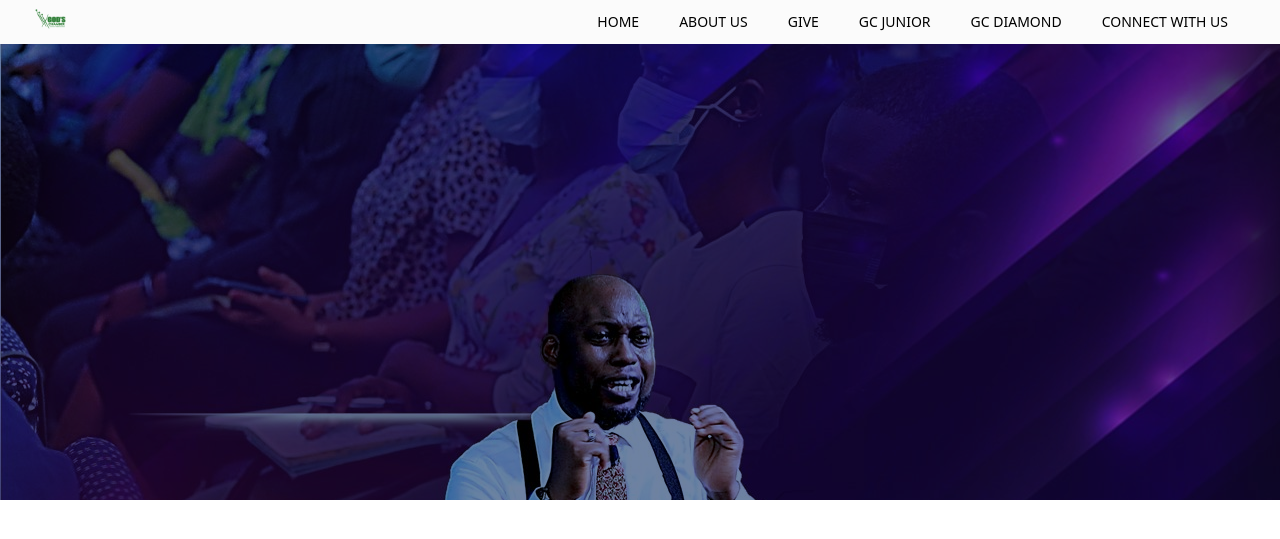
Repository: hisreal123/godschamber-church-main
Page: /
An editor plug-in stored every save of this project. The page is shown before and after the next save, followed by the edit.
The browser window is 1280 px wide. The pictures show the whole page.
The project was rebuilt for these pictures with package versions that can differ from the ones it lists, and the page was loaded fresh each time. The framework's server and built-in components were replaced by stand-ins that run in the browser. Also part of the build but not shown: next.config.js.

Above is the page before, as saved 2022-08-15 19:29:29.

### pages/index.tsx
import type { NextPage } from "next";
import Head from "next/head";
import Banner from "../components/Banner";
import Footer from "../components/Footer";

import Header from "../components/Header";

const Home: NextPage = () => {
  return (
    <div className="">
      <Head>
        <title>Create Next App</title>
        <meta name="description" content="Generated by create next app" />
        <link rel="icon" href="/favicon.ico" />
      </Head>

      <Header />
      <Banner />
    </div>
  );
};

export default Home;

### components/Banner.tsx
import React from "react";

const Banner = () => {
  return (
    <div className=" bg-[url('/assets/Banner.jpg')] bg-no-repeat bg-center  bg-gray-700 bg-cover min-w-screen relative h-[500px] bg-blend-overlay	bg-origin-border bg-scroll  hover:scale-105 transition-all duration-500"></div>
  );
};

export default Banner;

### components/Header.tsx
import React, { useState, useEffect } from "react";
import logo from "/public/assets/PageLogo.png";
import Nav from "./Navs";
import Image from "next/image";
import { BiMenu } from "react-icons/bi";
import HamBuger from "./HamBuger";

const Header = () => {
  const [toggle, setToggle] = useState(true);

  // function to handle toggle and set toggle to opposite of it
  const handleToggle = () => {
    setToggle(!toggle);
  };

  useEffect(() => {
    console.log(" Consoled !!!");
  }, []);

  //  variable style for CustomStyle from ListItems Component
  const LinkStyle =
    " w-full block py-3 px-0 hover:text-white hover:bg-[#0C4E12] pl-2 text-sm md:px-5 md:m-0 md:bg-[transparent]";

  return (
    <div className="z-10 fixed top-0 w-full bg-[#FBFBFB] md:flex justify-between md:items-center ">
      <div className="mobile bg-[#222222] md:bg-[#fbfbfb] relative flex items-center  px-3 justify-between w-full md:px-8   ">
        <a href="http://www.facebok.com" className="">
          <Image
            src={logo}
            alt=" Page logo"
            height="35"
            width="38"
            // layout=" fixed "
            objectFit="contain"
          />
        </a>



        <div className="md:hidden">
          <HamBuger handleClick={handleToggle} />
        </div>

        <div className="hidden md:flex md:items-center transition-all duration-500 ">
          <Nav url="www.fb.com " item="HOME" CustomStyle={LinkStyle} />
          <Nav url="www.fb.com " item="ABOUT US" CustomStyle={LinkStyle} />
          <Nav url="www.fb.com " item="GIVE" CustomStyle={LinkStyle} />
          <Nav url="www.fb.com " item="GC JUNIOR" CustomStyle={LinkStyle} />
          <Nav url="www.fb.com " item="GC DIAMOND" CustomStyle={LinkStyle} />
          <Nav
            url="www.fb.com "
            item="CONNECT WITH US "
            CustomStyle={LinkStyle}
          />
        </div>
      </div>

      {/* nav List */}
      {!toggle && (
        <div className="transition-all">
          <Nav url="www.fb.com " item="HOME" CustomStyle={LinkStyle} />
          <Nav url="www.fb.com " item="ABOUT US" CustomStyle={LinkStyle} />
          <Nav url="www.fb.com " item="GIVE" CustomStyle={LinkStyle} />
          <Nav url="www.fb.com " item="GC JUNIOR" CustomStyle={LinkStyle} />
          <Nav url="www.fb.com " item="GC DIAMOND" CustomStyle={LinkStyle} />
        </div>
      )}
    </div>
  );
};

export default Header;

### components/Navs.tsx
import React from "react";
import ListItems from "./ListItems";
import { NavProps } from "./NavProps";

const Nav = (props: NavProps) => {
  return (
    <nav className="">
      <ListItems
        url={props.url}
        item={props.item}
        CustomStyle={props.CustomStyle}
      />
    </nav>
  );
};

export default Nav;

// TODO: Passed the  Listitem into this Parent component and passed same to Header Component ,since we could reuse the ListItem component in the Footer also

### components/HamBuger.tsx
import React, { useState } from "react";

// TODO: Fix toggle from whatever

type HamBugerProps = {
  handleClick: () => {};
  toggle: string;
};
const HamBuger: React.FC<HamBugerProps> = ({ handleClick, toggle }) => {
  const [swap, setSwap] = useState(true);

  return (
    <div className="group" onClick={handleClick}>
      <div className=" bg-slate-100 h-[.1rem] w-6 mb-[.4rem] group-hover:mt-[.3rem] group-hover:rotate-[45deg] group-hover:m-0 "></div>
      <div className=" bg-slate-100 h-[.1rem] w-6  group-hover:mb-[.3rem ] group-hover:bg-red-400 group-hover:-rotate-[45deg]"></div>
      <div className=" bg-slate-100 h-[.1rem] w-6  mt-[.4rem] group-hover:hidden"></div>
    </div>
  );
};

export default HamBuger;

### components/ListItems.tsx
import React from "react";
import { NavProps } from "./NavProps";

const ListItems = (props: NavProps) => {
  return (
    <div className=" ">
      <a href={props.url} key={props.item} className={props.CustomStyle}>
        {props.item}
      </a>
    </div>
  );
};

export default ListItems;

### tailwind.config.js
/** @type {import('tailwindcss').Config} */
module.exports = {
  content: [
    "./pages/**/*.{js,ts,jsx,tsx}",
    "./components/**/*.{js,ts,jsx,tsx}",
  ],
  theme: {
    extend: {
      backgroundImage: {
        Main: "url('/public/assets/banner.jpg')",
      },
    },
  },
  plugins: [],
};

Loaded but not shown: pages/_app.tsx (common file); styles/globals.css (common file)

After the next save:
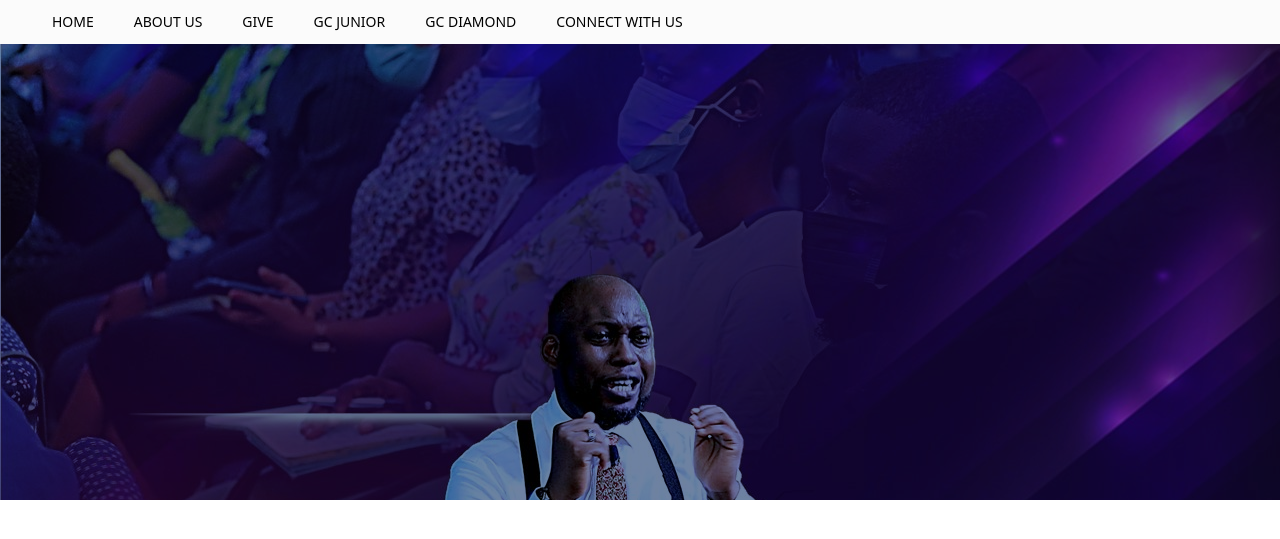
Saved 5 s later.
--- a/components/Header.tsx
+++ b/components/Header.tsx
@@ -24,16 +24,7 @@ const Header = () => {
   return (
     <div className="z-10 fixed top-0 w-full bg-[#FBFBFB] md:flex justify-between md:items-center ">
       <div className="mobile bg-[#222222] md:bg-[#fbfbfb] relative flex items-center  px-3 justify-between w-full md:px-8   ">
-        <a href="http://www.facebok.com" className="">
-          <Image
-            src={logo}
-            alt=" Page logo"
-            height="35"
-            width="38"
-            // layout=" fixed "
-            objectFit="contain"
-          />
-        </a>
+
 
 
 
